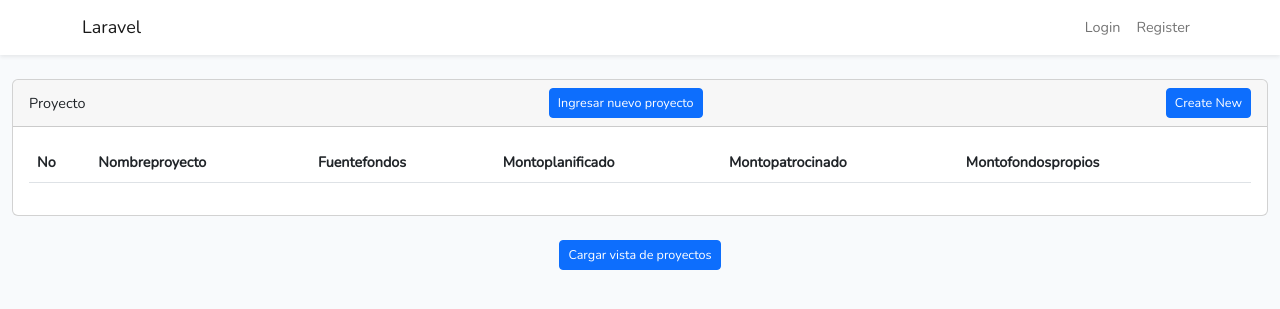
Repository: Hellcat98/Practica_laravel_alfredo
Page: http://localhost/proyecto
These files come from the project's save history. The page is drawn as it stood at one moment and after the next save; the edit follows.
The browser window is 1280 px wide. The pictures show the whole page.
The page is served by the project's Laravel application, run on PHP 8.4 with Laravel 10. Other server files are loaded and not shown. Style sheets and scripts are compiled from the project's sources, by tool versions that may differ from the author's. Queries for data that is not in the repository find no rows.

Above is the page before, as saved 2023-06-11 17:39:26.

### routes/web.php
<?php

use App\Http\Controllers\ProyectoController;
use Illuminate\Support\Facades\Route;

/*
|--------------------------------------------------------------------------
| Web Routes
|--------------------------------------------------------------------------
|
| Here is where you can register web routes for your application. These
| routes are loaded by the RouteServiceProvider and all of them will
| be assigned to the "web" middleware group. Make something great!
|
*/

Route::get('/', function () {
    return view('welcome');
});

Route::resource('proyecto',ProyectoController::class);

Auth::routes();

Route::get('/home', [App\Http\Controllers\HomeController::class, 'index'])->name('home');

Route::get('/descargar-pdf', 'App\Http\Controllers\proyecto_pdf@generar_pdf')->name('descargar-pdf');

### app/Http/Controllers/ProyectoController.php
<?php

namespace App\Http\Controllers;

use App\Models\Proyecto;
use Illuminate\Http\Request;

/**
 * Class ProyectoController
 * @package App\Http\Controllers
 */
class ProyectoController extends Controller
{
    /**
     * Display a listing of the resource.
     *
     * @return \Illuminate\Http\Response
     */
    public function index()
    {
        $proyectos = Proyecto::paginate();

        return view('proyecto.index', compact('proyectos'))
            ->with('i', (request()->input('page', 1) - 1) * $proyectos->perPage());
    }

    /**
     * Show the form for creating a new resource.
     *
     * @return \Illuminate\Http\Response
     */
    public function create()
    {
        $proyecto = new Proyecto();
        return view('proyecto.create', compact('proyecto'));
    }

    /**
     * Store a newly created resource in storage.
     *
     * @param  \Illuminate\Http\Request $request
     * @return \Illuminate\Http\Response
     */
    public function store(Request $request)
    {
        request()->validate(Proyecto::$rules);

        $proyecto = Proyecto::create($request->all());

        return redirect()->route('proyecto.index')
            ->with('success', 'Proyecto created successfully.');
    }

    /**
     * Display the specified resource.
     *
     * @param  int $id
     * @return \Illuminate\Http\Response
     */
    public function show($id)
    {
        $proyecto = Proyecto::find($id);

        return view('proyecto.show', compact('proyecto'));
    }

    /**
     * Show the form for editing the specified resource.
     *
     * @param  int $id
     * @return \Illuminate\Http\Response
     */
    public function edit($id)
    {
        $proyecto = Proyecto::find($id);

        return view('proyecto.edit', compact('proyecto'));
    }

    /**
     * Update the specified resource in storage.
     *
     * @param  \Illuminate\Http\Request $request
     * @param  Proyecto $proyecto
     * @return \Illuminate\Http\Response
     */
    public function update(Request $request, Proyecto $proyecto)
    {
        request()->validate(Proyecto::$rules);

        $proyecto->update($request->all());

        return redirect()->route('proyecto.index')
            ->with('success', 'Proyecto updated successfully');
    }

    /**
     * @param int $id
     * @return \Illuminate\Http\RedirectResponse
     * @throws \Exception
     */
    public function destroy($id)
    {
        $proyecto = Proyecto::find($id)->delete();

        return redirect()->route('proyecto.index')
            ->with('success', 'Proyecto deleted successfully');
    }
}

### app/Models/Proyecto.php
<?php

namespace App\Models;

use Illuminate\Database\Eloquent\Model;

/**
 * Class Proyecto
 *
 * @property $id
 * @property $NombreProyecto
 * @property $fuenteFondos
 * @property $MontoPlanificado
 * @property $MontoPatrocinado
 * @property $MontoFondosPropios
 *
 * @package App
 * @mixin \Illuminate\Database\Eloquent\Builder
 */
class Proyecto extends Model
{

    static $rules = [
		'NombreProyecto' => 'required',
		'fuenteFondos' => 'required',
		'MontoPlanificado' => 'required',
		'MontoPatrocinado' => 'required',
		'MontoFondosPropios' => 'required',
    ];

    protected $perPage = 20;

    /**
     * Attributes that should be mass-assignable.
     *
     * @var array
     */
    protected $fillable = ['NombreProyecto','fuenteFondos','MontoPlanificado','MontoPatrocinado','MontoFondosPropios'];



}

### resources/views/proyecto/index.blade.php
@extends('layouts.app')

@section('template_title')
    Proyecto
@endsection

@section('content')
    <div class="container-fluid">
        <div class="row">
            <div class="col-sm-12">
                <div class="card">
                    <div class="card-header">
                        <div style="display: flex; justify-content: space-between; align-items: center;">

                            <span id="card_title">
                                {{ __('Proyecto') }}
                            </span>

                             <div class="float-right">
                                <a href="{{ route('proyecto.create') }}" class="btn btn-primary btn-sm float-right"  data-placement="left">
                                  {{ __('Ingresar nuevo proyecto') }}
                                </a>
                              </div>
                              <div class="float-right">
                                <a href="{{ route('proyecto.create') }}" class="btn btn-primary btn-sm float-right"  data-placement="left">
                                  {{ __('Create New') }}
                                </a>
                              </div>

                        </div>


                    </div>
                    @if ($message = Session::get('success'))
                        <div class="alert alert-success">
                            <p>{{ $message }}</p>
                        </div>
                    @endif

                    <div class="card-body">
                        <div class="table-responsive">
                            <table class="table table-striped table-hover">
                                <thead class="thead">
                                    <tr>
                                        <th>No</th>

										<th>Nombreproyecto</th>
										<th>Fuentefondos</th>
										<th>Montoplanificado</th>
										<th>Montopatrocinado</th>
										<th>Montofondospropios</th>

                                        <th></th>
                                    </tr>
                                </thead>
                                <tbody>
                                    @foreach ($proyectos as $proyecto)
                                        <tr>
                                            <td>{{ ++$i }}</td>

											<td>{{ $proyecto->NombreProyecto }}</td>
											<td>{{ $proyecto->fuenteFondos }}</td>
											<td>{{ $proyecto->MontoPlanificado }}</td>
											<td>{{ $proyecto->MontoPatrocinado }}</td>
											<td>{{ $proyecto->MontoFondosPropios }}</td>

                                            <td>
                                                <form action="{{ route('proyecto.destroy',$proyecto->id) }}" method="POST">
                                                    <a class="btn btn-sm btn-primary " href="{{ route('proyecto.show',$proyecto->id) }}"><i class="fa fa-fw fa-eye"></i> {{ __('Show') }}</a>
                                                    <a class="btn btn-sm btn-success" href="{{ route('proyecto.edit',$proyecto->id) }}"><i class="fa fa-fw fa-edit"></i> {{ __('Edit') }}</a>
                                                    @csrf
                                                    @method('DELETE')
                                                    <button type="submit" class="btn btn-danger btn-sm"><i class="fa fa-fw fa-trash"></i> {{ __('Delete') }}</button>
                                                </form>
                                            </td>
                                        </tr>
                                    @endforeach
                                </tbody>
                            </table>
                        </div>
                    </div>
                </div>
                {!! $proyectos->links() !!}
            </div>
        </div>
    </div>
@endsection

### resources/views/layouts/app.blade.php
<!doctype html>
<html lang="{{ str_replace('_', '-', app()->getLocale()) }}">
<head>
    <meta charset="utf-8">
    <meta name="viewport" content="width=device-width, initial-scale=1">

    <!-- CSRF Token -->
    <meta name="csrf-token" content="{{ csrf_token() }}">

    <title>{{ config('app.name', 'Practica Proyectos') }}</title>

    <!-- Fonts -->
    <link rel="dns-prefetch" href="//fonts.bunny.net">
    <link href="https://fonts.bunny.net/css?family=Nunito" rel="stylesheet">

    <!-- Scripts -->
    @vite(['resources/sass/app.scss', 'resources/js/app.js'])
</head>
<body>
    <div id="app">
        <nav class="navbar navbar-expand-md navbar-light bg-white shadow-sm">
            <div class="container">
                <a class="navbar-brand" href="{{ url('/') }}">
                    {{ config('app.name', 'Practica Proyectos') }}
                </a>
                <button class="navbar-toggler" type="button" data-bs-toggle="collapse" data-bs-target="#navbarSupportedContent" aria-controls="navbarSupportedContent" aria-expanded="false" aria-label="{{ __('Toggle navigation') }}">
                    <span class="navbar-toggler-icon"></span>
                </button>

                <div class="collapse navbar-collapse" id="navbarSupportedContent">
                    <!-- Left Side Of Navbar -->
                    <ul class="navbar-nav me-auto">


                    </ul>

                    <!-- Right Side Of Navbar -->
                    <ul class="navbar-nav ms-auto">
                        <!-- Authentication Links -->
                        @guest
                            @if (Route::has('login'))
                                <li class="nav-item">
                                    <a class="nav-link" href="{{ route('login') }}">{{ __('Login') }}</a>
                                </li>
                            @endif

                            @if (Route::has('register'))
                                <li class="nav-item">
                                    <a class="nav-link" href="{{ route('register') }}">{{ __('Register') }}</a>
                                </li>
                            @endif
                        @else
                            <li class="nav-item dropdown">
                                <a id="navbarDropdown" class="nav-link dropdown-toggle" href="#" role="button" data-bs-toggle="dropdown" aria-haspopup="true" aria-expanded="false" v-pre>
                                    {{ Auth::user()->name }}
                                </a>

                                <div class="dropdown-menu dropdown-menu-end" aria-labelledby="navbarDropdown">
                                    <a class="dropdown-item" href="{{ route('logout') }}"
                                       onclick="event.preventDefault();
                                                     document.getElementById('logout-form').submit();">
                                        {{ __('Logout') }}
                                    </a>

                                    <form id="logout-form" action="{{ route('logout') }}" method="POST" class="d-none">
                                        @csrf
                                    </form>
                                </div>
                            </li>
                        @endguest
                    </ul>
                </div>
            </div>
        </nav>

        <main class="py-4">
            @yield('content')
        </main>
    </div>

    <div class="float-right">
       <center> <a href="{{ route('proyecto.index') }}" class="btn btn-primary btn-sm float-right"  data-placement="left">
          {{ __('Cargar vista de proyectos') }}
        </a>
      </div></center>
</body>
</html>

Loaded but not shown: app/Http/Controllers/Auth/ConfirmPasswordController.php (common file); app/Http/Controllers/Controller.php (common file); resources/sass/app.scss (common file); resources/sass/_variables.scss (common file)

After the next save:
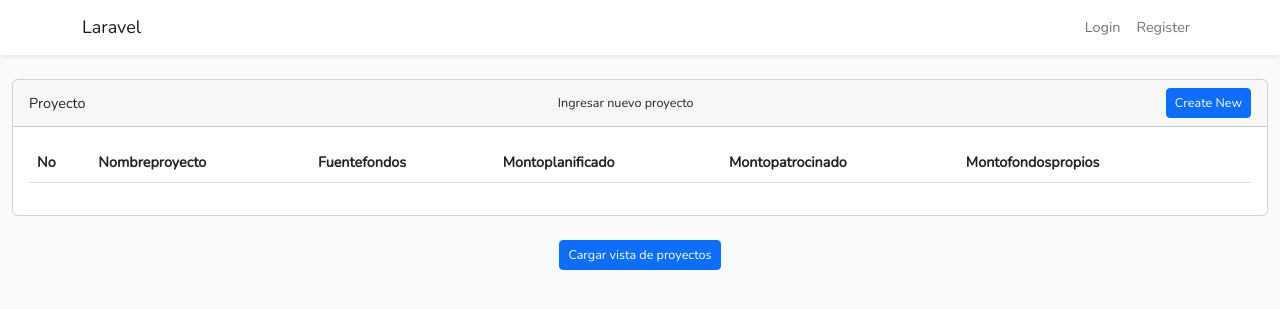
Saved 12 s later.
--- a/resources/views/proyecto/index.blade.php
+++ b/resources/views/proyecto/index.blade.php
@@ -17,7 +17,7 @@
                             </span>
 
                              <div class="float-right">
-                                <a href="{{ route('proyecto.create') }}" class="btn btn-primary btn-sm float-right"  data-placement="left">
+                                <a href="{{ route('proyecto.create') }}" class="btn btn-secunday btn-sm float-right"  data-placement="left">
                                   {{ __('Ingresar nuevo proyecto') }}
                                 </a>
                               </div>
